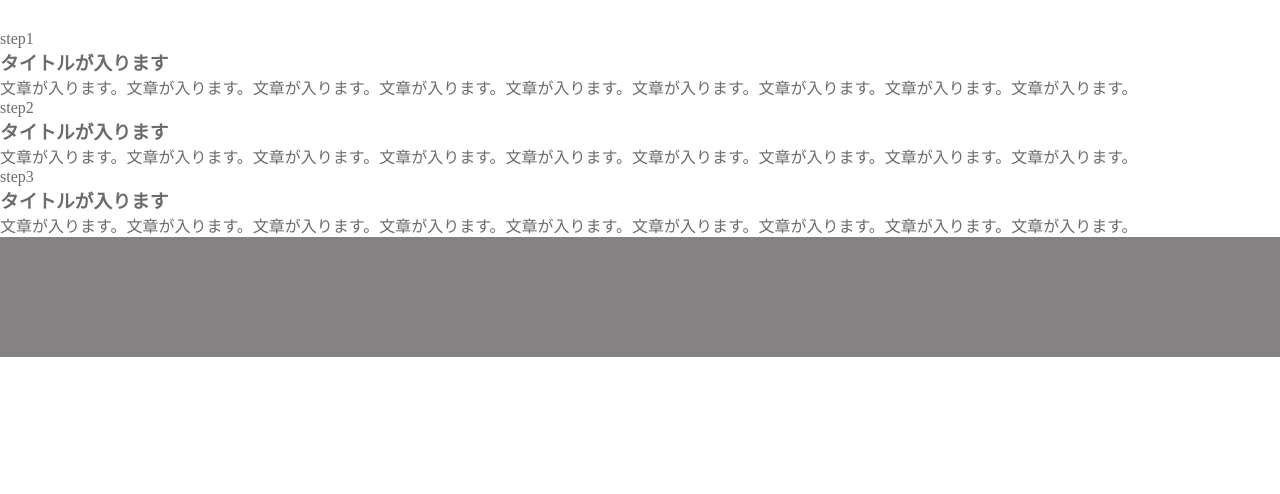
Repository: Hirotaka-DWC/dmm_webcamp_task_1
Page: task_1/index.html
The author's editor kept a record of every edit. The page is drawn from the files as they stood at one moment, then again after the next edit.
The browser window is 1280 px wide. The pictures show the whole page.

Above is the page before.

### task_1/index.html
<!DOCTYPE html>
<html lang="ja">
  <head>
    <meta charset="UTF-8" />
    <title>9章演習</title>
    <link rel="stylesheet" href="style.css" />
  </head>
  <body>
    <header></header>
    <main>
      <div class="step-box">
        <div class="step-img1"></div>
        <span class="step-num">step1</span>
        <h3 class="title">タイトルが入ります</h3>
        <p class="text">
          文章が入ります。文章が入ります。文章が入ります。文章が入ります。文章が入ります。文章が入ります。文章が入ります。文章が入ります。文章が入ります。
        </p>
      </div>

      <div class="step-box">
        <div class="step-img2"></div>
        <span class="step-num">step2</span>
        <h3 class="title">タイトルが入ります</h3>
        <p class="text">
          文章が入ります。文章が入ります。文章が入ります。文章が入ります。文章が入ります。文章が入ります。文章が入ります。文章が入ります。文章が入ります。
        </p>
      </div>

      <div class="step-box">
        <div class="step-img3"></div>
        <span class="step-num">step3</span>
        <h3 class="title">タイトルが入ります</h3>
        <p class="text">
          文章が入ります。文章が入ります。文章が入ります。文章が入ります。文章が入ります。文章が入ります。文章が入ります。文章が入ります。文章が入ります。
        </p>
      </div>
    </main>
    <footer></footer>
  </body>
</html>

### task_1/style.css
/* ブラウザがそれぞれ持っているCSSをリセットするための記述 */
* {
  margin: 0;
  padding: 0;
  box-sizing: border-box;
  color: #6c6b6b;
}

a {
  text-decoration: none;
}

header {
  width: 90%; /* 横幅90% */
  padding: 15px 0;
  margin: 0 auto;
  text-align: center;
}

header .heading { /* headerタグ内のheadingクラスにのみ反映される */
  font-size: 32px;
}

.nav-list {
  text-align: center;
  padding: 10px 0;
  margin: 0 auto;
}

.nav-list-item {
  list-style: none;
  display: inline-block;
  margin: 0 20px;
}

.main-visual {
  width: 100%; /* 横幅いっぱい */
  height: 300px; /* 高さ300px */
  background-image: url(img/mv.jpg);
  background-size: cover; /* 縦横比を維持したまま背景領域を埋め尽くす */
  background-position: center; /* 背景画像を中央に配置 */
}

.main-visual-content {
  width: 40%; /* 横幅40% */
  height: 300px; /* 親の高さに揃える */
  background-color: rgba( 0, 0, 0, 0.5); /* 背景色を半透明の黒にする */
  padding-top: 105px; /* 上側の内側余白で垂直方向の位置を調整 */
  text-align: center;
}

.main-visual-text {
  color: #fff; /* 文字色を白に変更 */
}

.main-visual-name {
  margin-top: 30px; /* 上側の外側の余白 */
  color: #fff; /* 文字色を白に変更 */
}

.main {
  width: 840px; /* 横幅840px */
  margin:0 auto;
  display: flex; /* Flexboxの利用 */
  justify-content: center; /* 子要素の横並び・中央寄せ */
}

.blog {
  width: 600px; /* 横幅600px */
  height: 1400px; /* 高さ1400px */
}

.sidebar {
  width: 240px; /* 横幅240px */
   height: 1400px; /* 高さ1400px */
}

footer {
  width: 100%;
  height: 120px;
  text-align: center;
  line-height: 120px;
  background-color: #848282;
}

.footer-text {
  color: #fff;
}

After the next edit:
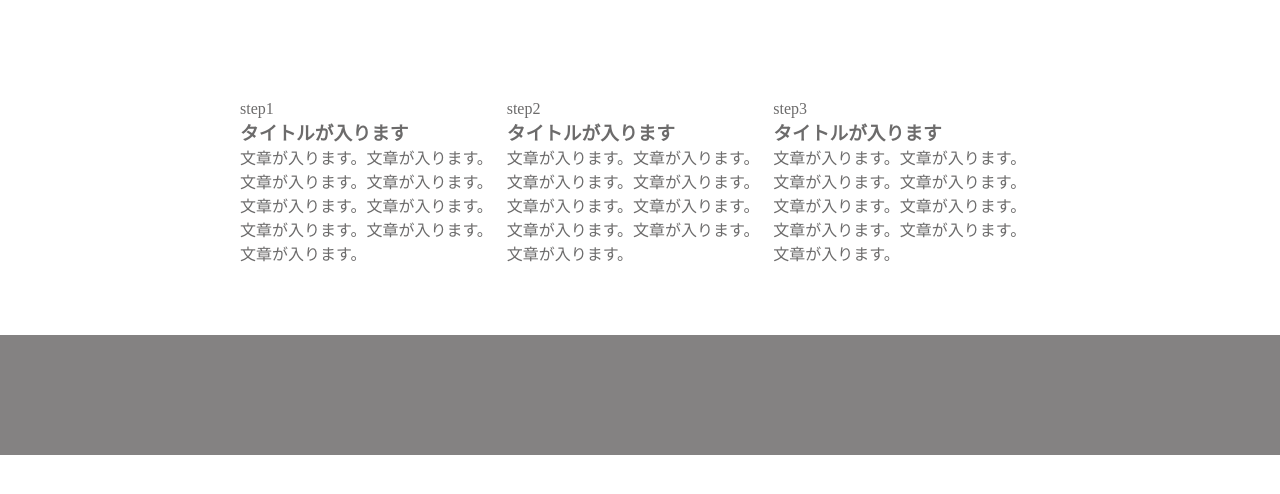
The edit:
--- a/task_1/style.css
+++ b/task_1/style.css
@@ -58,21 +58,51 @@
   color: #fff; /* 文字色を白に変更 */
 }
 
-.main {
-  width: 840px; /* 横幅840px */
-  margin:0 auto;
+main {
+  width: 800px; /* 横幅800px */
   display: flex; /* Flexboxの利用 */
-  justify-content: center; /* 子要素の横並び・中央寄せ */
+  justify-content: center; /* 要素の横並び・中央寄せ */
+  margin: 0 auto; /* 要素の中央揃え */
+  padding: 70px 0; /* 上下に70px、左右に0pxの内側余白 */
 }
 
 .blog {
-  width: 600px; /* 横幅600px */
-  height: 1400px; /* 高さ1400px */
+  width: 540px;
+  margin-right: 30px; /* 領域の右側余白 */
+}
+
+.blog-heading {
+  border-bottom: 8px solid #f7f7f7;
+  text-align: center;
+  line-height: 0.6;
+}
+
+.blog-item {
+  padding-bottom: 20px;
+  margin-bottom: 20px;
+  border-bottom: 1px solid #f7f7f7;
+}
+
+.blog-image {
+  height: 180px;
+}
+
+.blog-date {
+  font-size: 12px;
+  display: inline-block;
+}
+
+.category {
+  display: inline-block;
+  padding: 5px 8px;
+  background-color: #acabab;
+  border-radius: 3px;
+  color: #fff;
+  font-size: 11px;
 }
 
 .sidebar {
-  width: 240px; /* 横幅240px */
-   height: 1400px; /* 高さ1400px */
+  width: 230px;
 }
 
 footer {
